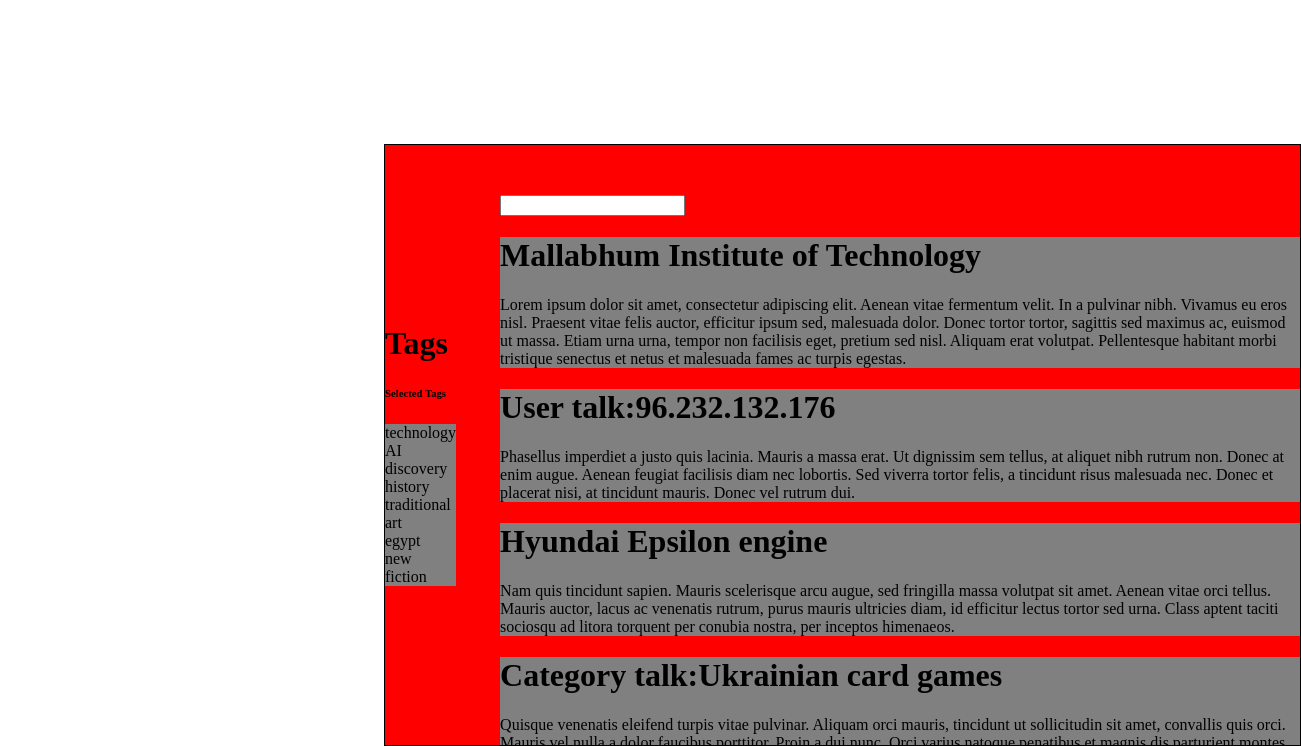
Repository: KelaiAffaf/bridger
Page: /
The author's editor kept a copy of each file at every save. The page is drawn from the files as they stood at one save, then again after a run of saves.
The browser window is 1280 px wide. The page is 1301 px wide, so the pictures cover 1301 px, including what lies to the right of the window. The pictures show the whole page.
An inner scrolling area shows only its first screen. The project was rebuilt for these pictures with package versions that can differ from the ones it lists, and the page was loaded fresh each time. Also part of the build but not shown: vite.config.js.

Above is the page before, as saved 2023-06-08 11:23:22.

After the next 2 saves:
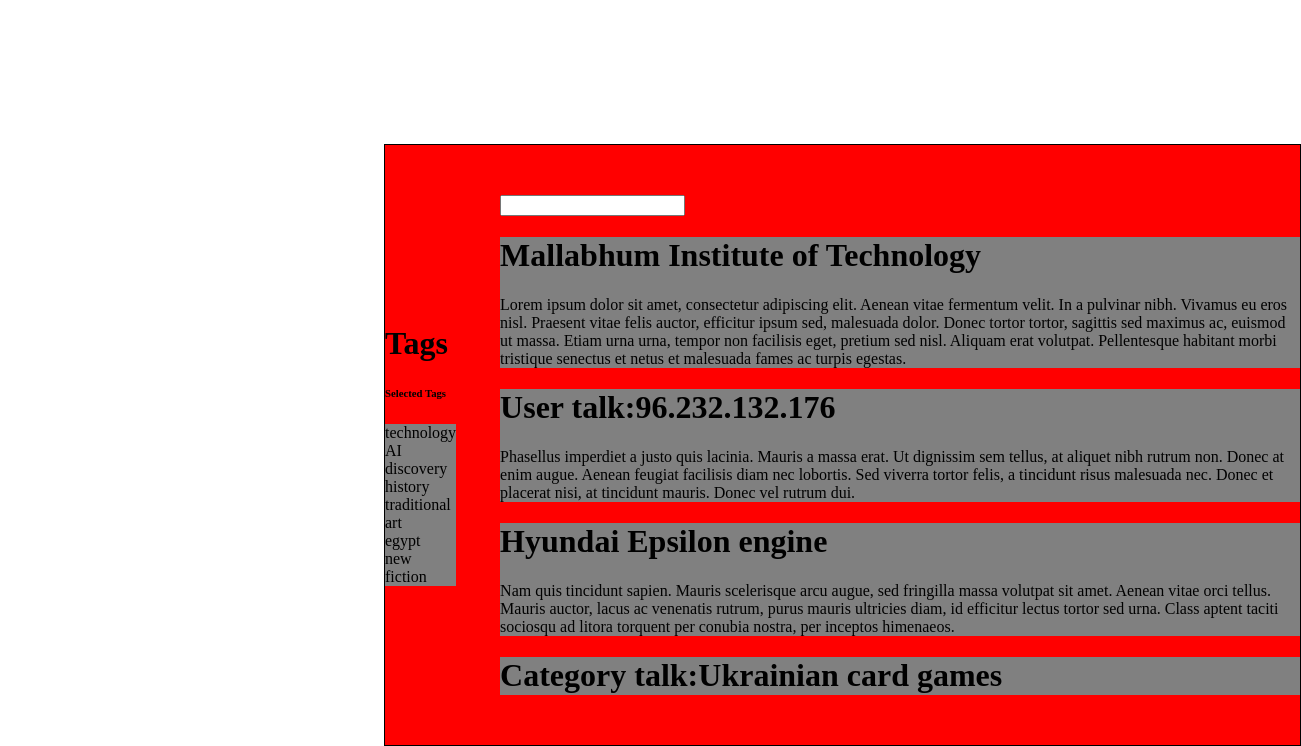
The 2 saves are shown as one change because they came seconds apart.
The last was saved 101 s later.
--- a/src/App.jsx
+++ b/src/App.jsx
@@ -49,7 +49,8 @@
       <div
       style={{
         height: "500px",
-        backgroundColor:"red"
+        backgroundColor:"red",
+        overflow: "auto",
       }}
       >
         <input onChange={(e) => setValue(e.target.value)} />
